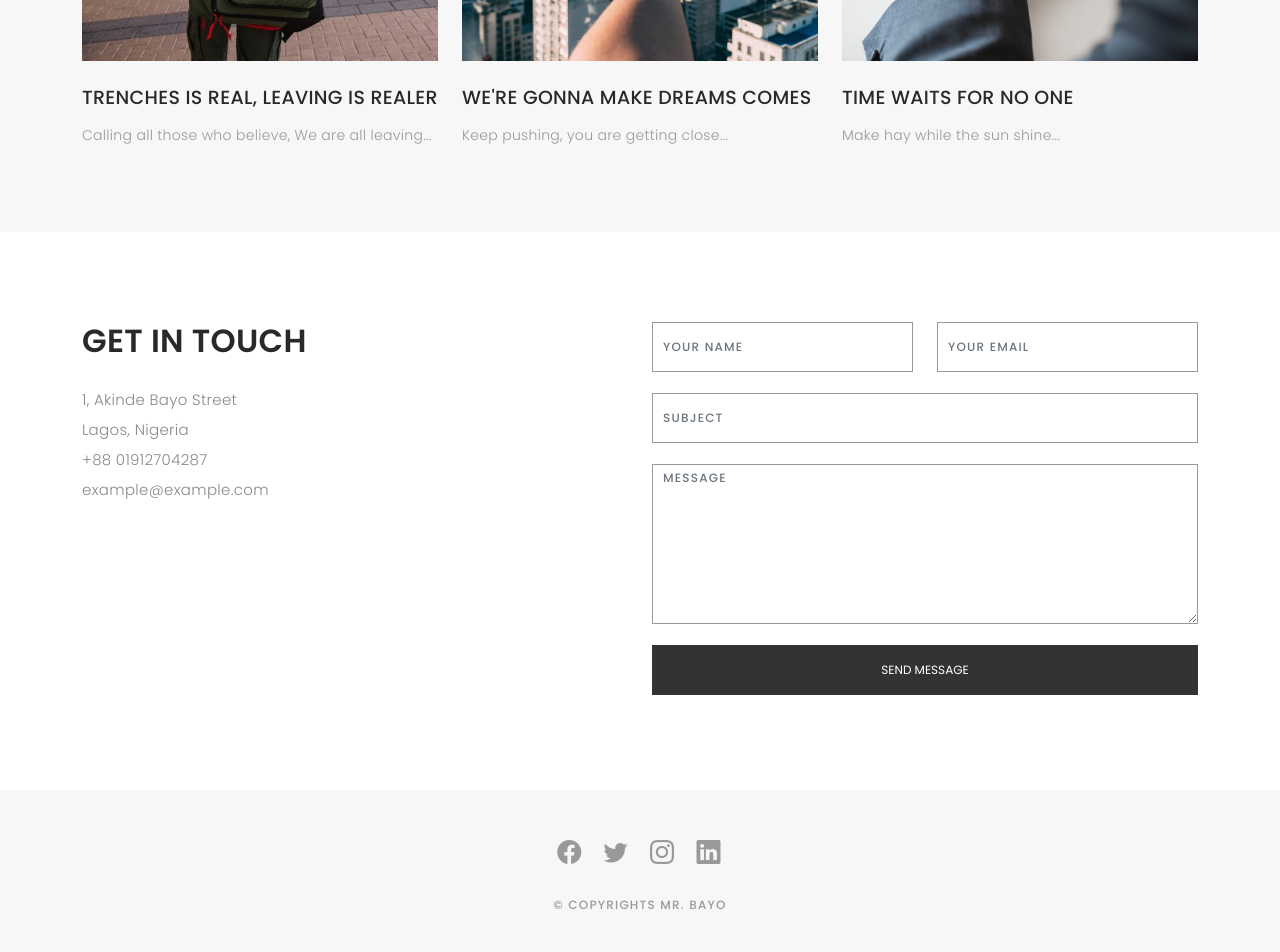
Repository: muhammedctgr/MrBayoA1
Page: index.html
The author's editor kept a copy of each file at every save. The page is drawn from the files as they stood at one save, then again after the next save.
The browser window is 1280 px wide. The pictures show the part of the page from y = 2792 to 3744 px (the page is 3859 px tall).
A picture or video elsewhere on the page could not be fetched, so the positions and the page height are approximate. Some web fonts or font styles are not loaded; a fallback is used.

Above is the page before, as saved 2022-10-18 13:47:46.

### index.html
<!DOCTYPE html>
<html lang="en">

<head>
  <meta charset="utf-8">
  <meta content="width=device-width, initial-scale=1.0" name="viewport">

  <title>Mr Bayo A1</title>
  <meta content="" name="description">
  <meta content="" name="keywords">

  <link rel="apple-touch-icon" sizes="180x180" href="/apple-touch-icon.png">
  <link rel="icon" type="image/png" sizes="32x32" href="/favicon-32x32.png">
  <link rel="icon" type="image/png" sizes="16x16" href="/favicon-16x16.png">
  <link rel="manifest" href="/site.webmanifest">

  <link rel="preconnect" href="https://fonts.googleapis.com">
  <link rel="preconnect" href="https://fonts.gstatic.com" crossorigin>
  <link href="https://fonts.googleapis.com/css2?family=Racing+Sans+One&display=swap" rel="stylesheet">

  <!-- Favicons -->
  <link href="assets/img/favicon.png" rel="icon">
  <link href="assets/img/apple-touch-icon.png" rel="apple-touch-icon">

  <!-- Google Fonts -->
  <link href="https://fonts.googleapis.com/css?family=Poppins:300,300i,400,400i,500,500i,600,600i,700,700i|Playfair+Display:400,400i,500,500i,600,600i,700,700i,900,900i" rel="stylesheet">

  <!-- Vendor CSS Files -->
  <link href="assets/vendor/bootstrap/css/bootstrap.min.css" rel="stylesheet">
  <link href="assets/vendor/bootstrap-icons/bootstrap-icons.css" rel="stylesheet">
  <link href="assets/vendor/boxicons/css/boxicons.min.css" rel="stylesheet">
  <link href="assets/vendor/glightbox/css/glightbox.min.css" rel="stylesheet">
  <link href="assets/vendor/swiper/swiper-bundle.min.css" rel="stylesheet">

  <!-- Template Main CSS File -->
  <link href="assets/css/style.css" rel="stylesheet">

</head>

<body>

  <!-- ======= Header ======= -->
  <header id="header" class="fixed-top ">
    <div class="container d-flex align-items-center justify-content-between">

      <!--<a href="index.html" class="logo"><img src="assets/img/logo.png" alt="" class="img-fluid"></a>-->
      <!-- Uncomment below if you prefer to use an text logo -->
      <h1 class="" style="font-family: 'Racing Sans One', cursive; background-color: #b8a07e;"><a href="index.html">Mr. Bayo</a></h1>

      <nav id="navbar" class="navbar">
        <ul>
          <li><a class="nav-link scrollto active" href="#hero">Home</a></li>
          <li><a class="nav-link scrollto" href="#about">About</a></li>
          <li><a class="nav-link  scrollto" href="#portfolio">Projects</a></li>
          <li><a class="nav-link  scrollto" href="#journal">Blog</a></li>
          <li><a class="nav-link scrollto" href="#contact">Contact</a></li>
        </ul>
        <i class="bi bi-list mobile-nav-toggle"></i>
      </nav><!-- .navbar -->

    </div>
  </header><!-- End Header -->

  <!-- ======= Hero Section ======= -->
  <div id="hero" class="home">

    <div class="container">
      <div class="hero-content">
        <h1><span class="typed" data-typed-items="Akinde Gbenga Bayo, Entrepreneur, Social Media Influencer, Serial Winner."></span></h1>
      </div>
    </div>
  </div><!-- End Hero -->

  <main id="main">

    <!-- ======= About Section ======= -->
    <div id="about" class="paddsection">
      <div class="container">
        <div class="row justify-content-between">

          <div class="col-lg-4 ">
            <div class="div-img-bg">
              <div class="about-img">
                <img src="https://i.postimg.cc/W4LmL6sG/2-1.jpg" class="img-responsive" alt="me">
              </div>
            </div>
          </div>

          <div class="col-lg-7">
            <div class="about-descr">
              <p class="p-heading">Akinde Gbenga Bayo, notably known as Mr. Bayo, is one of the successful entrepreneurs and influencers making their mark in the industry.
               Mr. Bayo is an experienced social media influencer from Lagos, Nigeria. His extensive network & experience in the sporting world rate him as one of the top
               influencers with a massive social media following.
              </p>
              <p class="separator">Mr. Bayo presently enjoys a whooping loyal audience of 640k+ followers on Twitter.
                His all-round excellent sports knowledge makes him one of the cremes in sports punditry.
              </p>
              <p>
                As a serial entrepreneur, He is the Co-founder of Thruways Reality, a real estate company in situated in Lagos. His grit to always bring his A1 mentality has seen
                him swiftly gain a solid market understanding, paving the way for more success in the future.
                A self-made success story, Mr. Bayo has a paddle-your-own-canoe mentality, in his words 'Don’t play games you don’t understand'.
                He opines people should avoid doing things they know nothing about, because other people are doing it. Instead people should seek what they are passionate about,
                be creative about it and trust the process.
              </p>
            </div>

          </div>
        </div>
      </div>
    </div><!-- End About Section -->

    <!-- ======= Portfolio Section ======= -->
    <div id="portfolio" class="paddsection">

      <div class="container">
        <div class="section-title text-center">
          <h2>Projects</h2>
        </div>
      </div>

      <div class="container">

        <div class="row portfolio-container">

          <div class="col-lg-4 col-md-6 portfolio-item filter-app">
            <img style="border-radius: 10px; box-shadow: 0px 6px 8px 3px rgba(1, 5, 26, 0.14);" src="https://i.postimg.cc/dt3dT2KJ/pls-work.jpg" class="img-fluid" alt="">
            <div class="portfolio-info">
              <h4>Thruways Realty</h4>
              <p>thruwaysrealty.com</p>
              <a href="https://i.postimg.cc/dt3dT2KJ/pls-work.jpg" data-gallery="portfolioGallery" class="portfolio-lightbox preview-link" title="Eco Sustainability Focused Real Estate Development Firm•
              🚧 Designing & Building Unique Custom Homes. #BuildingExcellence"><i class="bx bx-plus"></i></a>
              <a href="https://twitter.com/ThruwaysRealty" class="details-link" title="More Details"><i class="bx bx-link"></i></a>
            </div>
          </div>

          <div class="col-lg-4 col-md-6 portfolio-item filter-web">
            <img style="border-radius: 10px; box-shadow: 0px 6px 8px 3px rgba(1, 5, 26, 0.14);" src="https://i.postimg.cc/PqKSKKcH/3-bedroom-exterior-1-scaled-1.jpg" class="img-fluid" alt="">
            <div class="portfolio-info">
              <h4>Thruways Realty</h4>
              <p>thruwaysrealty.com</p>
              <a href="https://i.postimg.cc/PqKSKKcH/3-bedroom-exterior-1-scaled-1.jpg" data-gallery="portfolioGallery" class="portfolio-lightbox preview-link" title="Eco Sustainability Focused Real Estate Development Firm•
              🚧 Designing & Building Unique Custom Homes. #BuildingExcellence"><i class="bx bx-plus"></i></a>
              <a href="https://twitter.com/ThruwaysRealty" class="details-link" title="More Details"><i class="bx bx-link"></i></a>
            </div>
          </div>

          <div class="col-lg-4 col-md-6 portfolio-item filter-app">
            <img style="border-radius: 10px; box-shadow: 0px 6px 8px 3px rgba(1, 5, 26, 0.14);" src="https://i.postimg.cc/dtV3xwW6/Northcourt-Real-Estate.jpg" class="img-fluid" alt="">
            <div class="portfolio-info">
              <h4>Thruways Realty</h4>
              <p>thruwaysrealty.com</p>
              <a href="https://i.postimg.cc/dtV3xwW6/Northcourt-Real-Estate.jpg" data-gallery="portfolioGallery" class="portfolio-lightbox preview-link" title="Eco Sustainability Focused Real Estate Development Firm•
              🚧 Designing & Building Unique Custom Homes. #BuildingExcellence"><i class="bx bx-plus"></i></a>
              <a href="https://twitter.com/ThruwaysRealty" class="details-link" title="More Details"><i class="bx bx-link"></i></a>
            </div>
          </div>

          <div class="col-lg-4 col-md-6 portfolio-item filter-card">
            <img style="border-radius: 10px; box-shadow: 0px 6px 8px 3px rgba(1, 5, 26, 0.14);" src="https://i.postimg.cc/ydLQPZT0/omo.jpg" class="img-fluid" alt="">
            <div class="portfolio-info">
              <h4>Thruways Realty</h4>
              <p>thruwaysrealty.com</p>
              <a href="https://i.postimg.cc/ydLQPZT0/omo.jpg" data-gallery="portfolioGallery" class="portfolio-lightbox preview-link" title="Eco Sustainability Focused Real Estate Development Firm•
              🚧 Designing & Building Unique Custom Homes. #BuildingExcellence"><i class="bx bx-plus"></i></a>
              <a href="https://twitter.com/ThruwaysRealty" class="details-link" title="More Details"><i class="bx bx-link"></i></a>
            </div>
          </div>

          <div class="col-lg-4 col-md-6 portfolio-item filter-web">
            <img style="border-radius: 10px; box-shadow: 0px 6px 8px 3px rgba(1, 5, 26, 0.14);" src="https://i.postimg.cc/tgQPhyJV/real-estate.jpg" class="img-fluid" alt="">
            <div class="portfolio-info">
              <h4>Thruways Realty</h4>
              <p>thruwaysrealty.com</p>
              <a href="https://i.postimg.cc/tgQPhyJV/real-estate.jpg" data-gallery="portfolioGallery" class="portfolio-lightbox preview-link" title="Eco Sustainability Focused Real Estate Development Firm•
              🚧 Designing & Building Unique Custom Homes. #BuildingExcellence"><i class="bx bx-plus"></i></a>
              <a href="https://twitter.com/ThruwaysRealty" class="details-link" title="More Details"><i class="bx bx-link"></i></a>
            </div>
          </div>

          <div class="col-lg-4 col-md-6 portfolio-item filter-app">
            <img style="border-radius: 10px; box-shadow: 0px 6px 8px 3px rgba(1, 5, 26, 0.14);" src="https://i.postimg.cc/cLXDvpp2/istockphoto-1283983176-612x612.jpg" class="img-fluid" alt="">
            <div class="portfolio-info">
              <h4>Thruways Realty</h4>
              <p>thruwaysrealty.com</p>
              <a href="https://i.postimg.cc/cLXDvpp2/istockphoto-1283983176-612x612.jpg" data-gallery="portfolioGallery" class="portfolio-lightbox preview-link" title="Eco Sustainability Focused Real Estate Development Firm•
              🚧 Designing & Building Unique Custom Homes. #BuildingExcellence"><i class="bx bx-plus"></i></a>
              <a href="https://twitter.com/ThruwaysRealty" class="details-link" title="More Details"><i class="bx bx-link"></i></a>
            </div>
          </div>

        </div>

      </div>

    </div><!-- End Portfolio Section -->

    <!-- ======= Journal Section ======= -->
    <div id="journal" class="text-left paddsection">

      <div class="container">
        <div class="section-title text-center">
          <h2>Blog</h2>
        </div>
      </div>

      <div class="container">
        <div class="journal-block">
          <div class="row">

            <div class="col-lg-4 col-md-6">
              <div class="journal-info">

                <a href=""><img src="assets/img/what-does-it-mean-to-dream-about-helping-someone-carry-a-bag-768x512 (1).jpg" class="img-responsive" alt="img"></a>

                <div class="journal-txt">

                  <h4><a href="">TRENCHES IS REAL, LEAVING IS REALER</a></h4>
                  <p class="separator">Calling all those who believe, We are all leaving...
                  </p>

                </div>

              </div>
            </div>

            <div class="col-lg-4 col-md-6">
              <div class="journal-info">

                <a href=""><img src="assets/img/blog-post-2.jpg" class="img-responsive" alt="img"></a>

                <div class="journal-txt">

                  <h4><a href="">WE'RE GONNA MAKE DREAMS COMES</a></h4>
                  <p class="separator">Keep pushing, you are getting close...
                  </p>

                </div>

              </div>
            </div>

            <div class="col-lg-4 col-md-6">
              <div class="journal-info">

                <a href=""><img src="assets/img/blog-post-3.jpg" class="img-responsive" alt="img"></a>

                <div class="journal-txt">

                  <h4><a href="">TIME WAITS FOR NO ONE</a></h4>
                  <p class="separator">Make hay while the sun shine...
                  </p>

                </div>

              </div>
            </div>

          </div>
        </div>
      </div>

    </div><!-- End Journal Section -->

    <!-- ======= Contact Section ======= -->
    <div id="contact" class="paddsection">
      <div class="container">
        <div class="contact-block1">
          <div class="row">

            <div class="col-lg-6">
              <div class="contact-contact">

                <h2 class="mb-30">GET IN TOUCH</h2>

                <ul class="contact-details">
                  <li><span>1, Akinde Bayo Street</span></li>
                  <li><span>Lagos, Nigeria</span></li>
                  <li><span>+88 01912704287</span></li>
                  <li><span>example@example.com</span></li>
                </ul>

              </div>
            </div>

            <div class="col-lg-6">
              <form action="forms/contact.php" method="post" role="form" class="php-email-form">
                <div class="row gy-3">

                  <div class="col-lg-6">
                    <div class="form-group contact-block1">
                      <input type="text" name="name" class="form-control" id="name" placeholder="Your Name" required>
                    </div>
                  </div>

                  <div class="col-lg-6">
                    <div class="form-group">
                      <input type="email" class="form-control" name="email" id="email" placeholder="Your Email" required>
                    </div>
                  </div>

                  <div class="col-lg-12">
                    <div class="form-group">
                      <input type="text" class="form-control" name="subject" id="subject" placeholder="Subject" required>
                    </div>
                  </div>

                  <div class="col-lg-12">
                    <div class="form-group">
                      <textarea class="form-control" name="message" placeholder="Message" required></textarea>
                    </div>
                  </div>

                  <div class="col-lg-12">
                    <div class="loading">Loading</div>
                    <div class="error-message"></div>
                    <div class="sent-message">Your message has been sent. Thank you!</div>
                  </div>

                  <div class="mt-0">
                    <input type="submit" class="btn btn-defeault btn-send" value="Send message">
                  </div>

                </div>
              </form>
            </div>
          </div>
        </div>
      </div>
    </div><!-- End Contact Section -->

  </main><!-- End #main -->

  <!-- ======= Footer ======= -->
  <div id="footer" class="text-center">
    <div class="container">
      <div class="socials-media text-center">

        <ul class="list-unstyled">
          <li><a href="#"><i class="bi bi-facebook"></i></a></li>
          <li><a href="#"><i class="bi bi-twitter"></i></a></li>
          <li><a href="#"><i class="bi bi-instagram"></i></a></li>
          <li><a href="#"><i class="bi bi-linkedin"></i></a></li>
        </ul>

      </div>

      <p>&copy; Copyrights Mr. Bayo</p>
      <p> All rights reserved.</p>

      <div class="credits">
        Designed by <a href="https://bootstrapmade.com/">Greazely</a>
      </div>

    </div>
  </div><!-- End Footer -->

  <a href="#" class="back-to-top d-flex align-items-center justify-content-center"><i class="bi bi-arrow-up-short"></i></a>

  <!-- Vendor JS Files -->
  <script src="assets/vendor/bootstrap/js/bootstrap.bundle.min.js"></script>
  <script src="assets/vendor/glightbox/js/glightbox.min.js"></script>
  <script src="assets/vendor/isotope-layout/isotope.pkgd.min.js"></script>
  <script src="assets/vendor/swiper/swiper-bundle.min.js"></script>
  <script src="assets/vendor/typed.js/typed.min.js"></script>
  <script src="assets/vendor/php-email-form/validate.js"></script>

  <!-- Template Main JS File -->
  <script src="assets/js/main.js"></script>

</body>

</html>

Loaded but not shown: assets/vendor/bootstrap/css/bootstrap.min.css (library); assets/vendor/bootstrap-icons/bootstrap-icons.css (library); assets/vendor/boxicons/css/boxicons.min.css (library); assets/vendor/glightbox/css/glightbox.min.css (library); assets/vendor/swiper/swiper-bundle.min.css (library); assets/vendor/bootstrap/js/bootstrap.bundle.min.js (library); assets/vendor/glightbox/js/glightbox.min.js (library); assets/vendor/isotope-layout/isotope.pkgd.min.js (library); assets/vendor/swiper/swiper-bundle.min.js (library); assets/vendor/typed.js/typed.min.js (library); assets/vendor/php-email-form/validate.js (common file); assets/js/main.js (262 lines, source omitted); assets/css/style.css (1549 lines, source omitted)

After the next save:
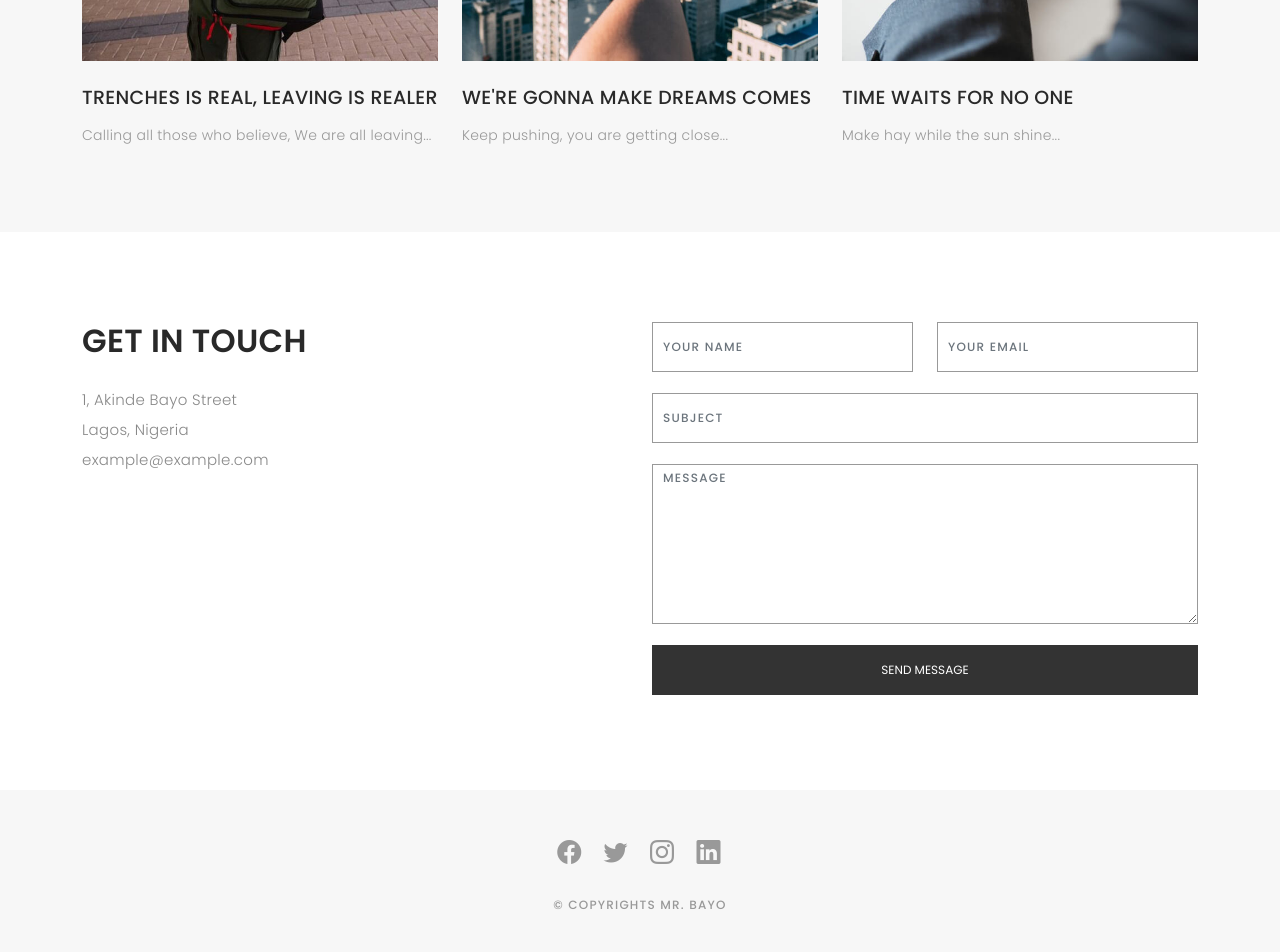
Saved 13 s later.
--- a/index.html
+++ b/index.html
@@ -275,7 +275,6 @@
                 <ul class="contact-details">
                   <li><span>1, Akinde Bayo Street</span></li>
                   <li><span>Lagos, Nigeria</span></li>
-                  <li><span>+88 01912704287</span></li>
                   <li><span>example@example.com</span></li>
                 </ul>
 
